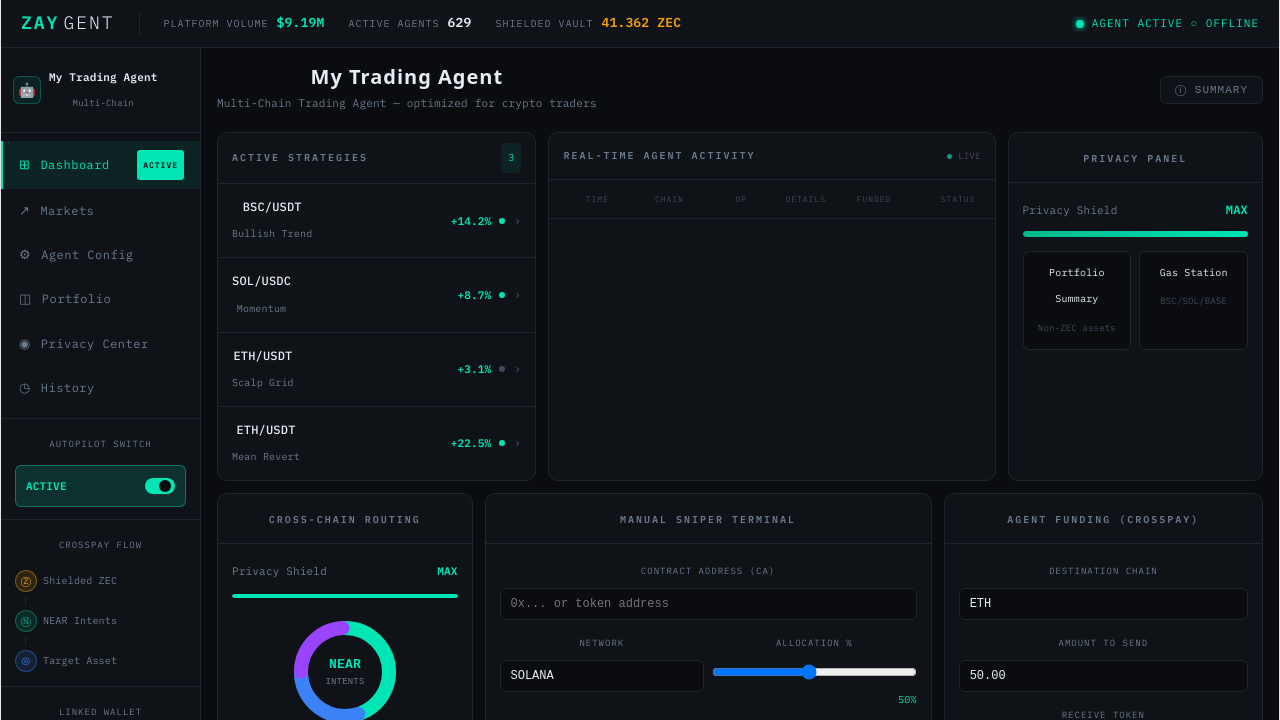
Repository: joshuaonazi/ZayAgent
Page: / (app in zaygent/)
The author's editor kept a copy of each file at every save. The page is drawn from the files as they stood at one save, then again after the next save.
The browser window is 1280 px wide. The pictures show the whole page.
The page's requests for data from a server got no answer. An inner scrolling area shows only its first screen. The project was rebuilt for these pictures with package versions that can differ from the ones it lists, and the page was loaded fresh each time. No one was signed in, and anything a server would have sent is missing. Also part of the build but not shown: zaygent/vite.config.js, zaygent/src/components/Badge.jsx, zaygent/src/components/ActivityRow.jsx, zaygent/src/components/StatCard.jsx, zaygent/src/pages/Markets.jsx, zaygent/src/pages/AgentConfig.jsx, zaygent/src/components/PnLCard.jsx, zaygent/src/components/PnLCardModal.jsx and 4 more.

Above is the page before, as saved 2026-06-06 18:59:48.

After the next save:
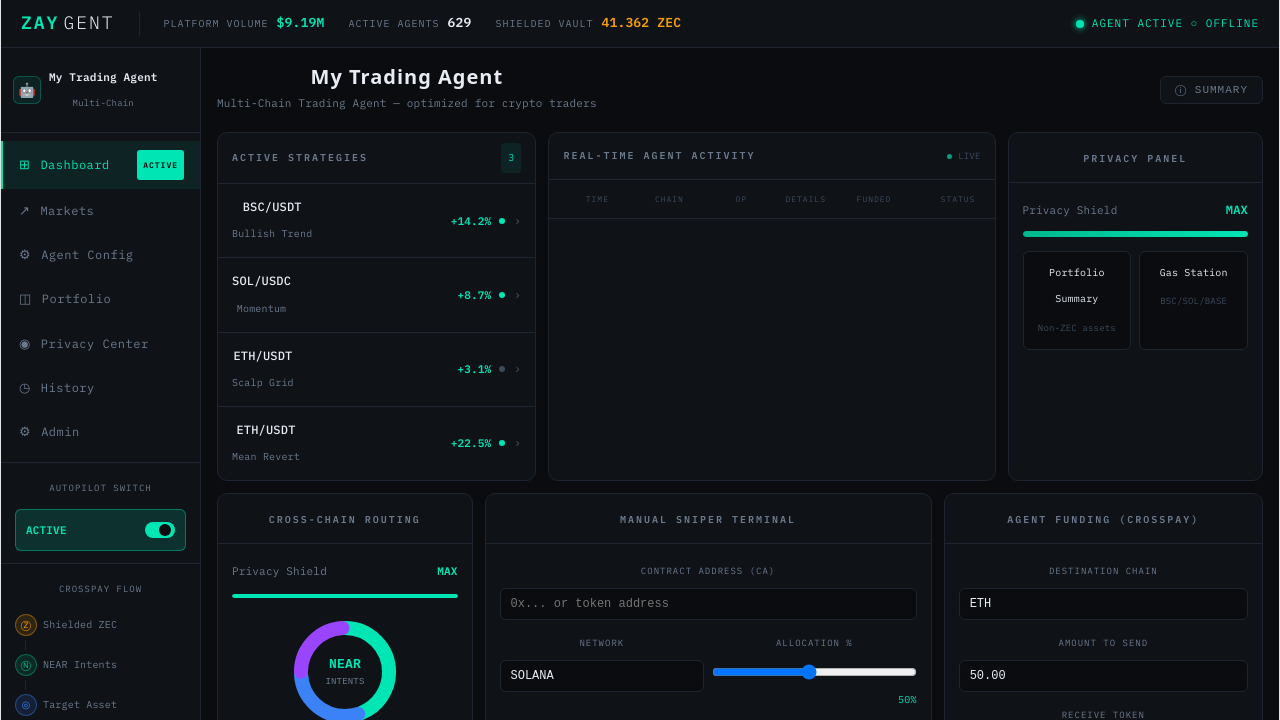
Saved 29 s later.
--- a/zaygent/src/zaygent.jsx
+++ b/zaygent/src/zaygent.jsx
@@ -32,6 +32,7 @@ const navItems = [
   { icon: "◫", label: "Portfolio"     },
   { icon: "◉", label: "Privacy Center"},
   { icon: "◷", label: "History"       },
+  { icon: "⚙", label: "Admin"         }
 ];
 
 export default function Zaygent() {
